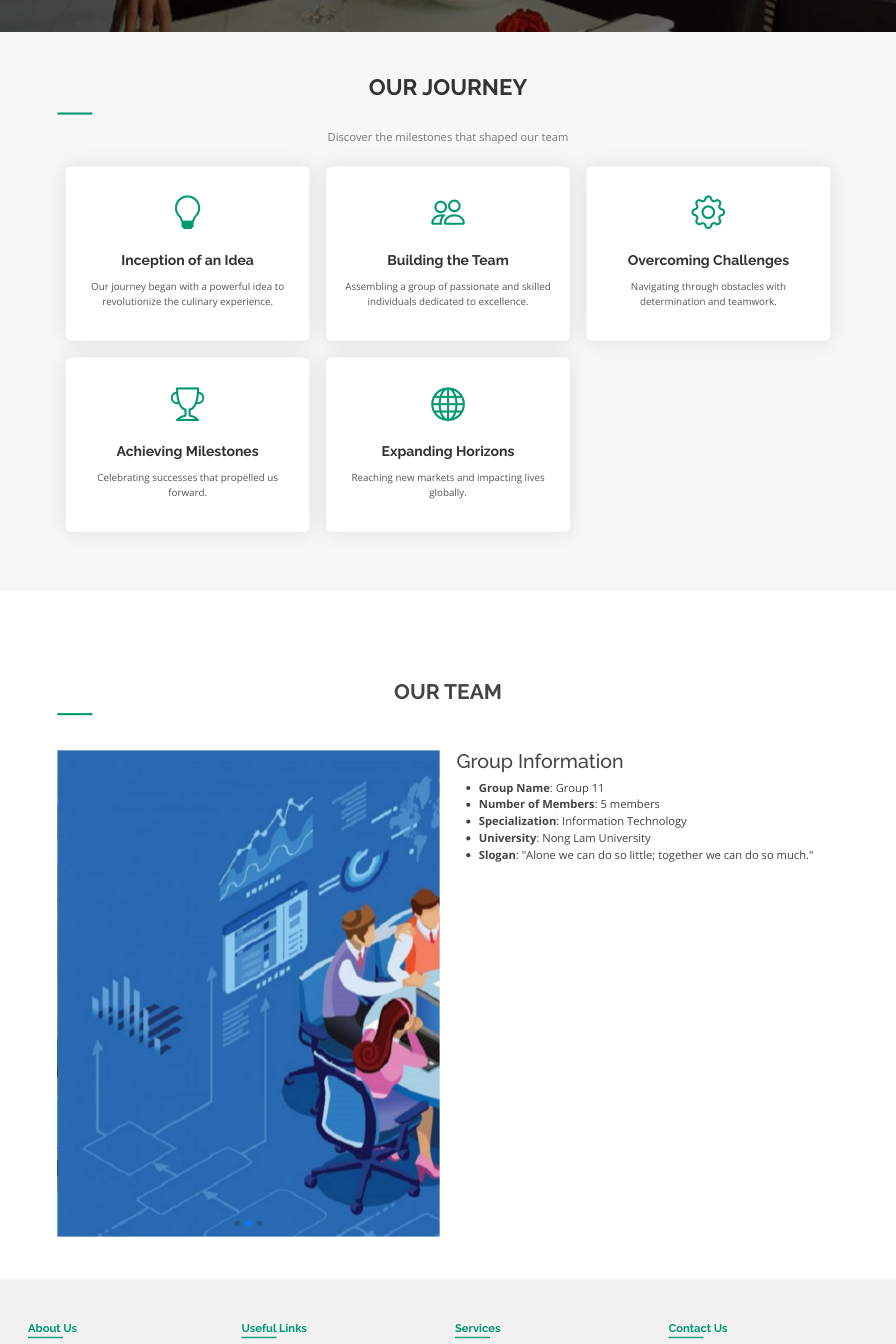
Repository: HoangKhangKhuPho4/Group_Web
Page: index.html
The author's editor kept a copy of each file at every save. The page is drawn from the files as they stood at one save, then again after the next save.
The browser window is 1280 px wide. The pictures show the part of the page from y = 674 to 2594 px (the page is 2969 px tall before and 2828 px after), at 70% of full size.
Backgrounds fixed to the window are drawn as part of the page.

Above is the page before, as saved 2024-10-20 00:21:42.

After the next save:
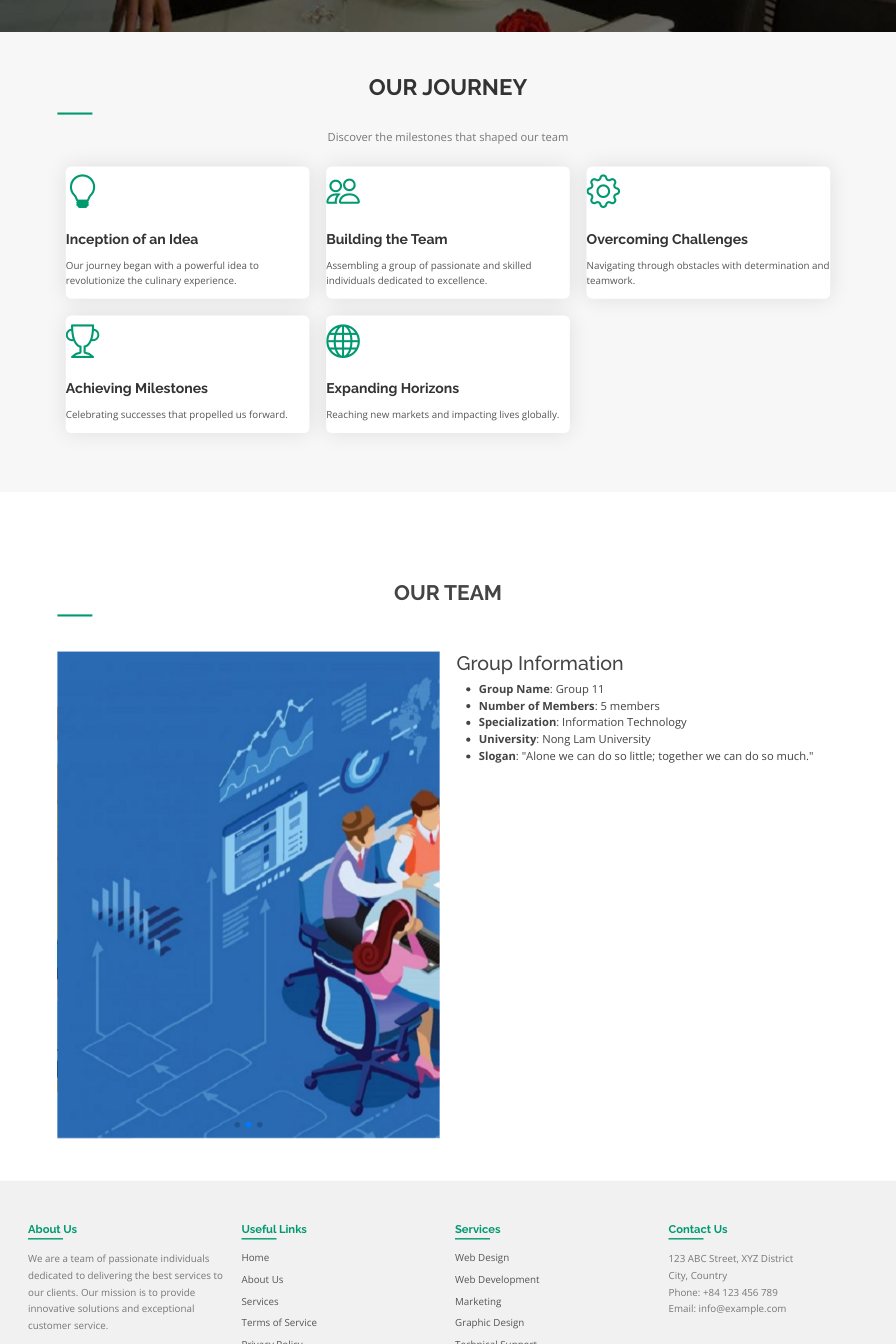
Saved 22 s later.
--- a/assets/css/style.css
+++ b/assets/css/style.css
@@ -578,15 +578,12 @@ section {
 .story-item {
     background: #fff;
     border-radius: 8px;
-    padding: 30px 20px;
-    text-align: center;
     box-shadow: 0 0 30px rgba(0, 0, 0, 0.1);
     transition: transform 0.3s;
-    display: flex;
-    flex-direction: column;
-    justify-content: flex-start;
-    height: 100%;
-}
+    position: relative;
+    width: 100%;
+    overflow: hidden;
+  }
 
 .story-item:hover {
     transform: translateY(-10px);
